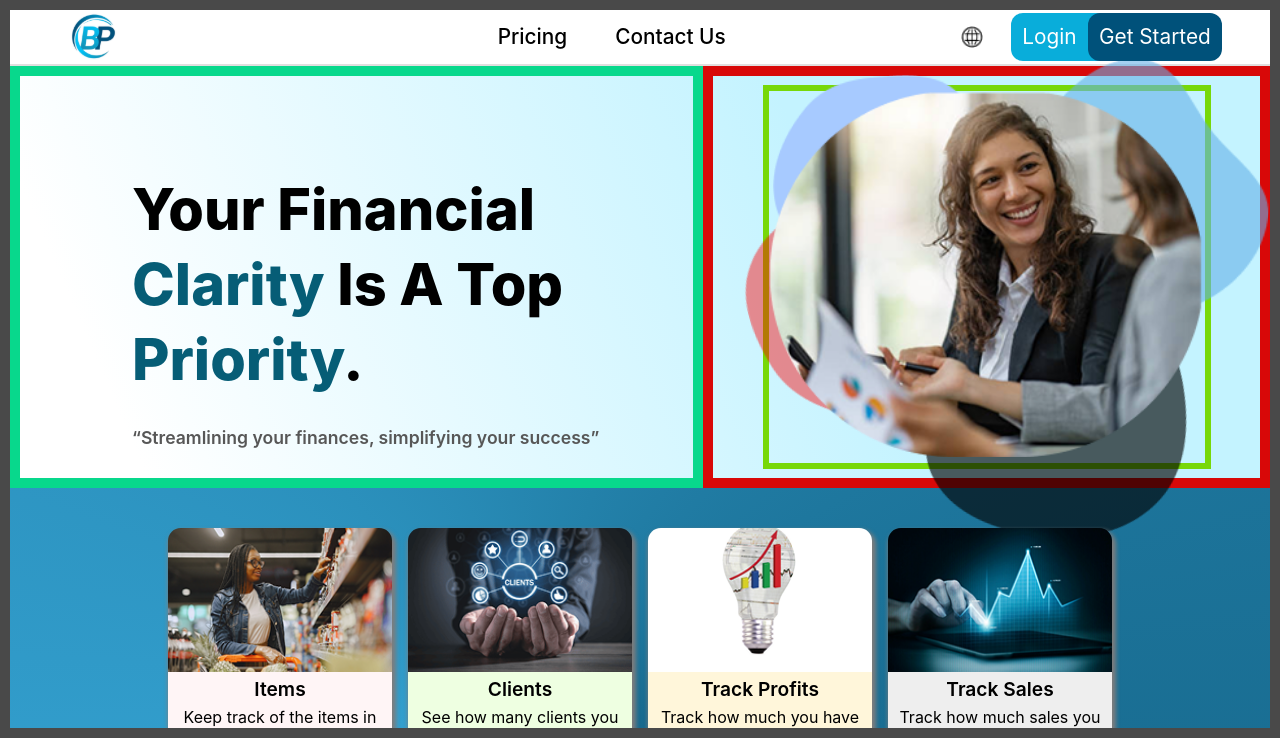
Repository: dark-txch/Bizpadi
Page: /
These files come from the project's save history. The page is drawn as it stood at one moment and after the next save; the edit follows.
The browser window is 1280 px wide. The pictures show the whole page.
The project was rebuilt for these pictures with package versions that can differ from the ones it lists, and the page was loaded fresh each time. Also part of the build but not shown: vite.config.js, src/components/ErrorBoundary.jsx, src/components/LandingPage/PricingPage/Pricing.jsx, src/components/LandingPage/LogInPage/LogIn.jsx.

Above is the page before, as saved 2025-04-09 20:03:30.

After the next save:
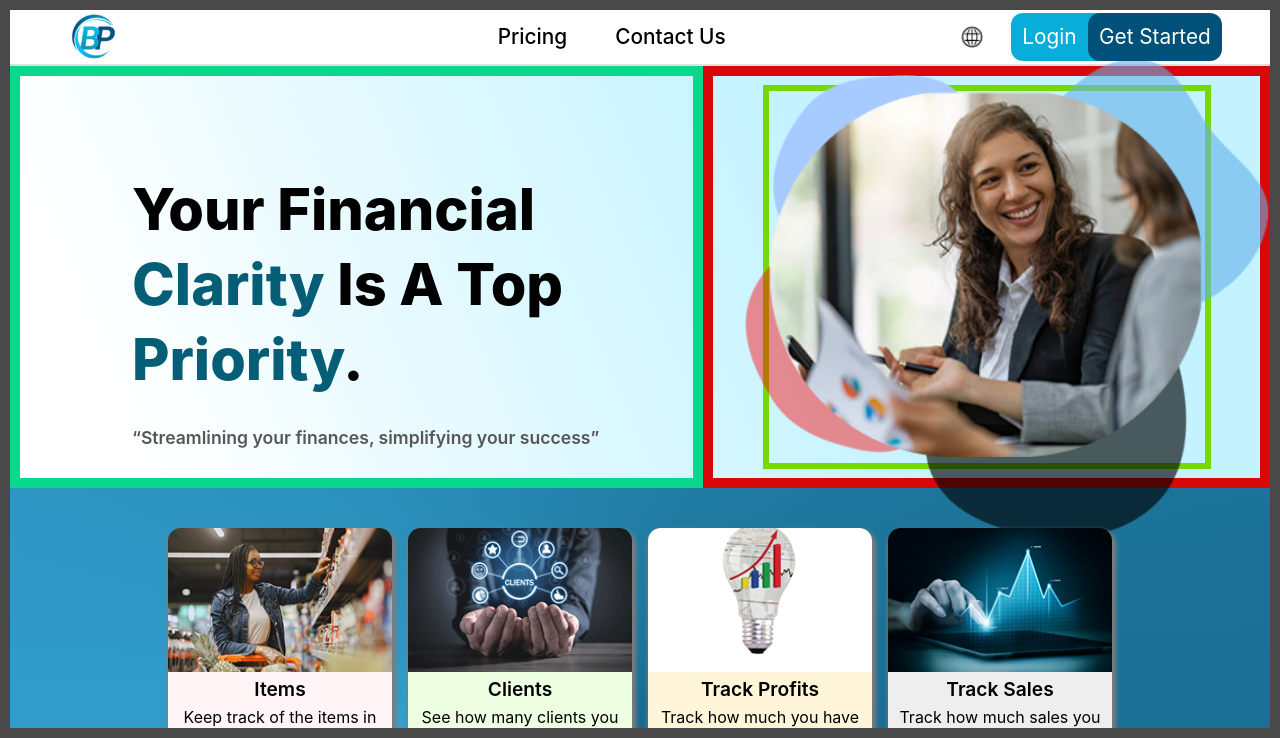
Saved 5 s later.
--- a/src/components/LandingPage/MidSection.css
+++ b/src/components/LandingPage/MidSection.css
@@ -102,7 +102,7 @@
 	height: 14rem;
 	top: 1rem;
 	right: 8.3rem;
-	transform: translate(-8rem, 6rem) rotate(-15deg);
+	transform: translate(-8rem, 8rem) rotate(-15deg);
 }
 
 .ImageChildrenWrapper > img:nth-of-type(5) {
